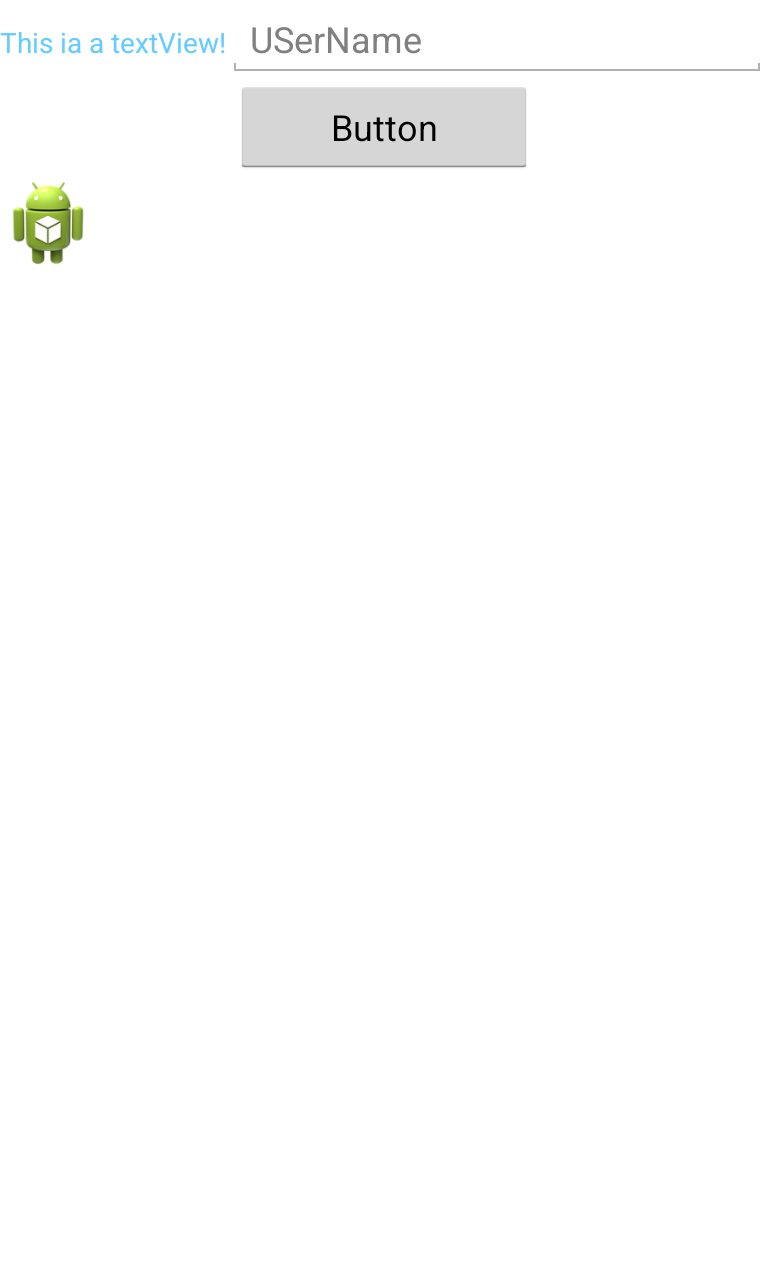
Repository: Ollyder/eclipse_work
Layout: UIWidgetTest/res/layout/activity_main.xml
These files come from the project's save history. The layout is drawn as it stood at one moment and after the next save; the edit follows.
It is drawn on a 768 x 1280 px phone screen (xhdpi) without system bars, with theme AppTheme; the app's code is not run.

Above is the layout before, as saved 2017-05-27 02:25:12.

After the next save:
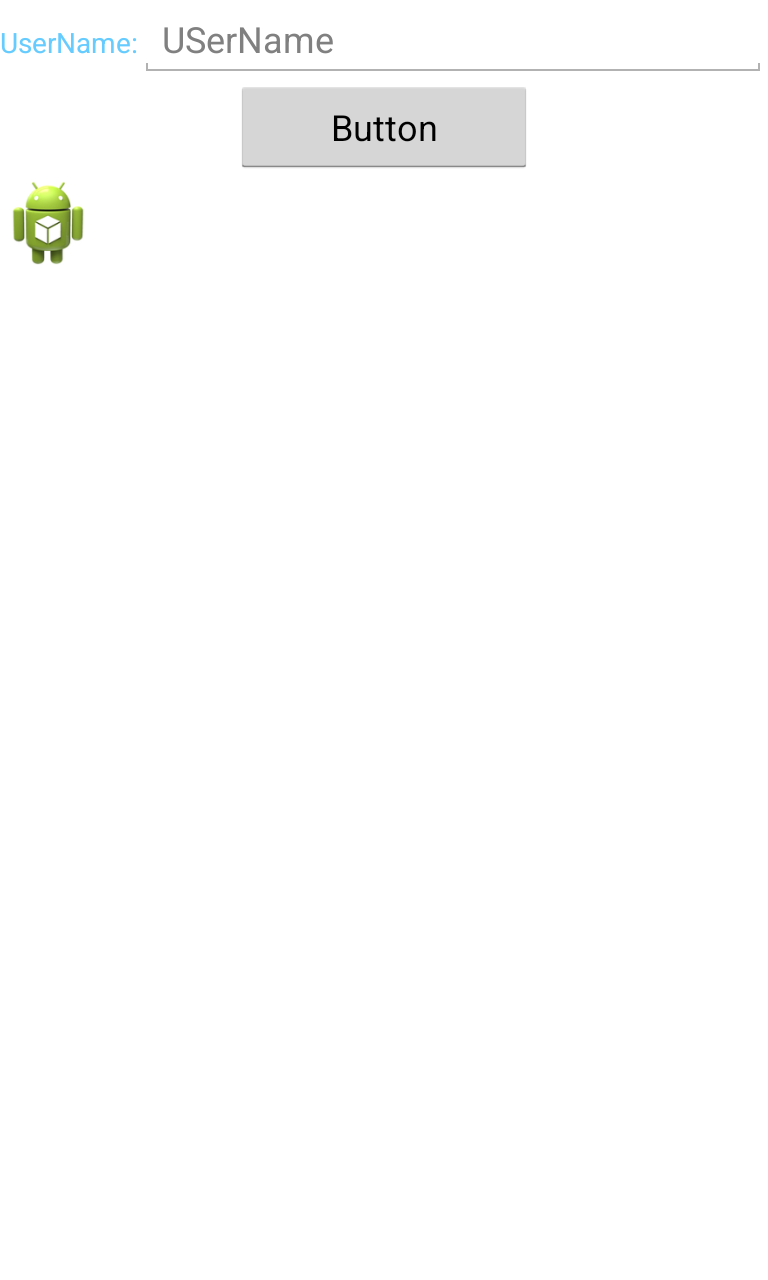
Saved 10 s later.
--- a/UIWidgetTest/res/layout/activity_main.xml
+++ b/UIWidgetTest/res/layout/activity_main.xml
@@ -13,7 +13,7 @@
         android:id="@+id/text_view"
         android:layout_width="wrap_content"
         android:layout_height="wrap_content"
-        android:text="This ia a textView!"
+        android:text="UserName:"
         android:gravity="center"
         android:textColor="#66ccff"/>
 
